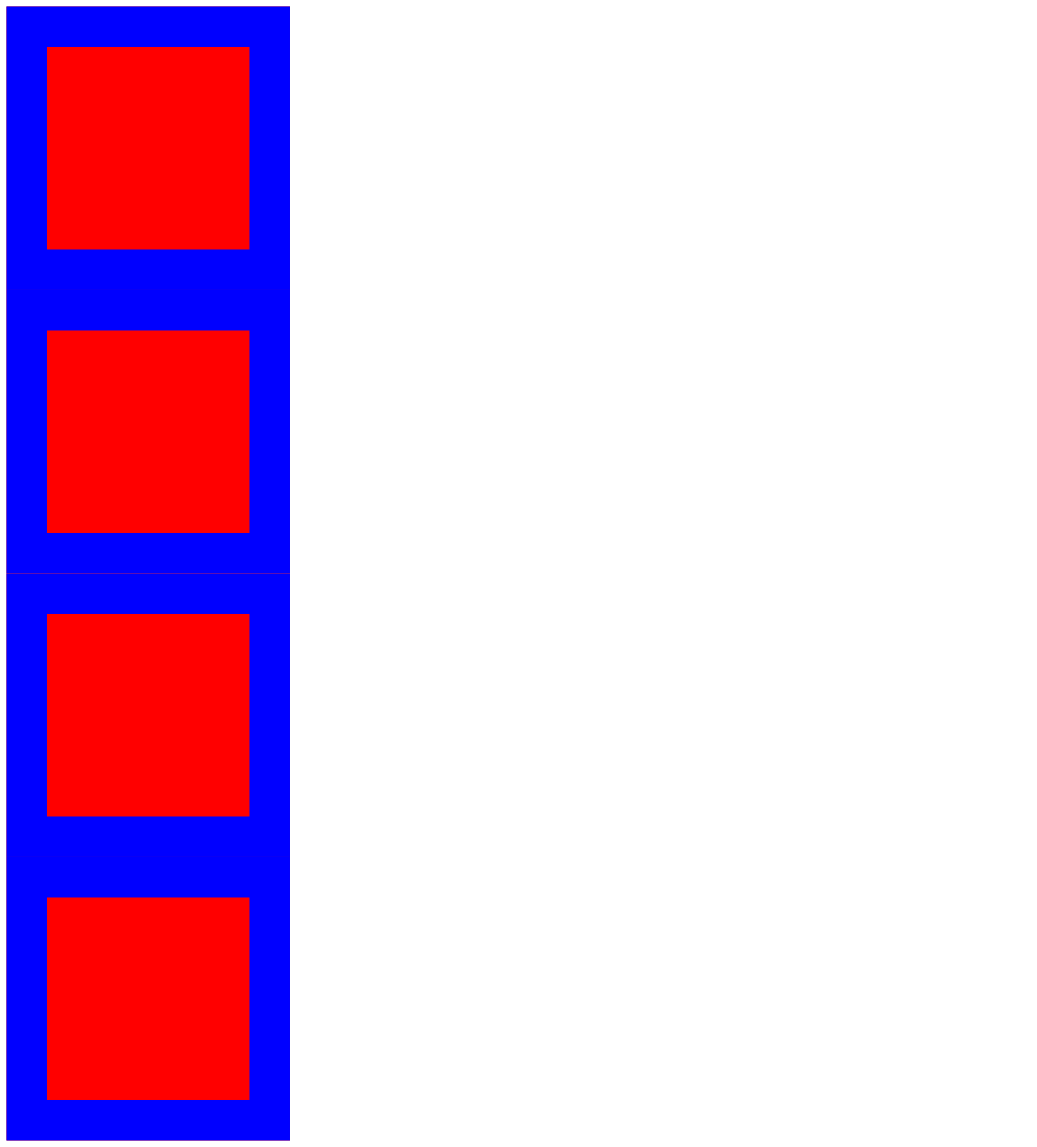
Repository: TheTroyPhillips/Personal-website
Page: index.html
These files come from the project's save history. The page is drawn as it stood at one moment and after the next save; the edit follows.
The browser window is 1280 px wide. The pictures show the whole page, at 81% of full size.

Above is the page before, as saved 2023-09-10 22:01:39.

### index.html
<!DOCTYPE html>
<html lang="en">
<head>
    <meta charset="UTF-8">
    <meta name="viewport" content="width=device-width, initial-scale=1.0">
    <title>Document</title>
    <link rel="stylesheet" href="style.css">
</head>
<body>

    <div class="parent">
        <div class="child"></div>
        <div class="child"></div>
        <div class="child"></div>
        <div class="child"></div>
    </div>

</body>
</html>

### style.css
.child{
    width: 250px;
    height: 250px;
    border: 50px solid blue;
    background-color: red;
}

After the next save:
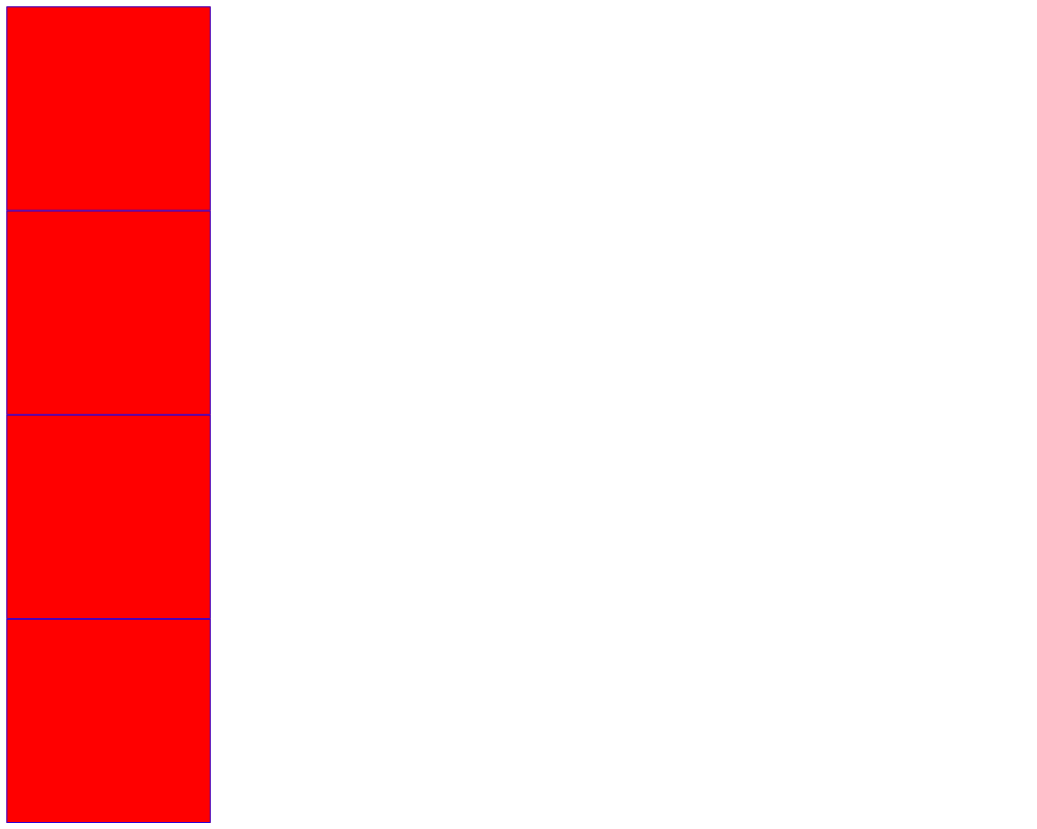
Saved 4 s later.
--- a/style.css
+++ b/style.css
@@ -1,6 +1,6 @@
 .child{
     width: 250px;
     height: 250px;
-    border: 50px solid blue;
+    border: 1px solid blue;
     background-color: red;
 }
